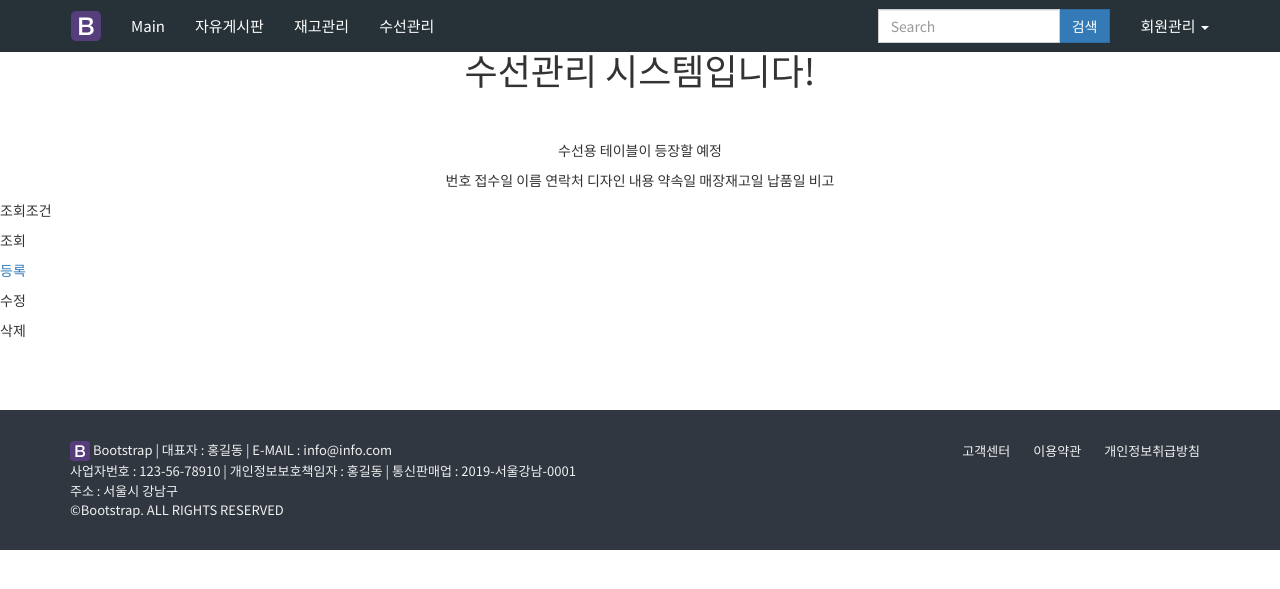
Repository: RattenLegs/Project_Inventory
Page: http://localhost/Project_Inventory/WEB-INF/views/repairboard/repairList.jsp
The author's editor kept a copy of each file at every save. The page is drawn from the files as they stood at one save, then again after a run of saves.
The browser window is 1280 px wide. The pictures show the whole page.
Some web libraries are served in a nearby version. The page is served by Tomcat 9. Nobody is signed in. The template is opened directly, without the code that normally fills it, so the values that code supplies are empty.

Above is the page before, as saved 2023-02-08 14:16:15.

After the next 2 saves:
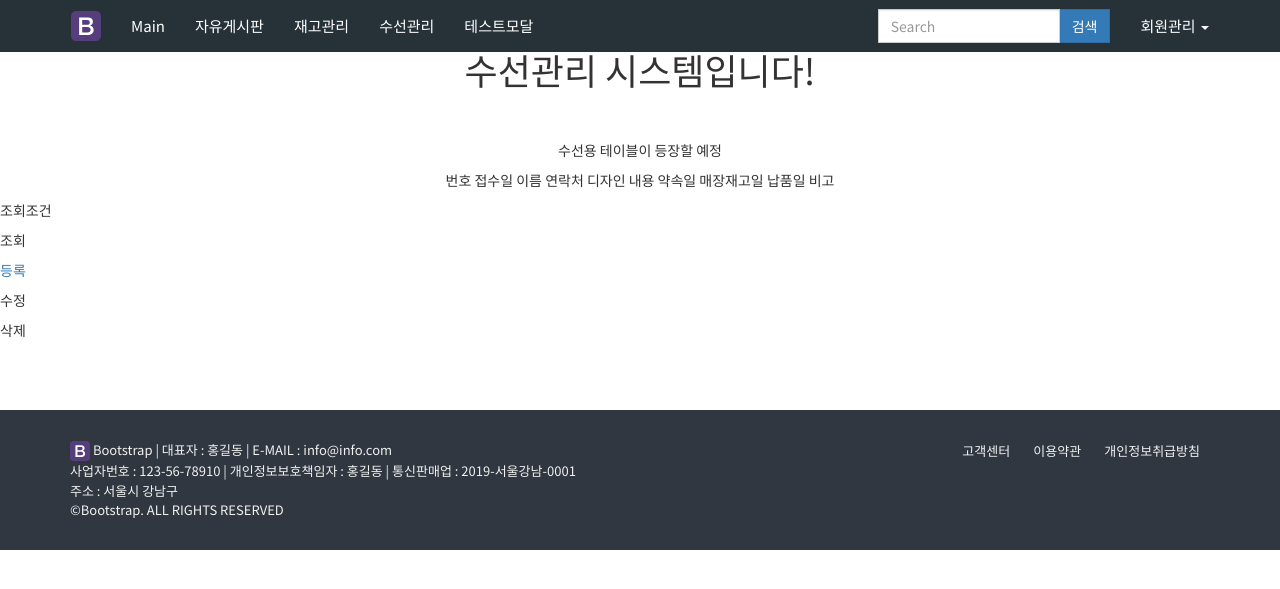
The 2 saves are shown as one change because they came seconds apart.
The last was saved 25 min 26 s later.
--- a/Project_Inventory/src/main/webapp/WEB-INF/views/include/header.jsp
+++ b/Project_Inventory/src/main/webapp/WEB-INF/views/include/header.jsp
@@ -52,7 +52,7 @@
 								<li><a
 									href="<c:url value='/inventoryboard/inventoryList' />">재고관리</a></li>
 								<li><a href="<c:url value='/repairboard/repairList' />">수선관리</a></li>
-<%-- 								<li><a href="<c:url value='/test/list' />">테스트</a></li> --%>
+							<li><a href="<c:url value='/testMoadl/testModalMain' />">테스트모달</a></li>
 								<!--
 				<li><a href="#">강의</a></li>
                                 <li><a href="#">Form</a></li>
